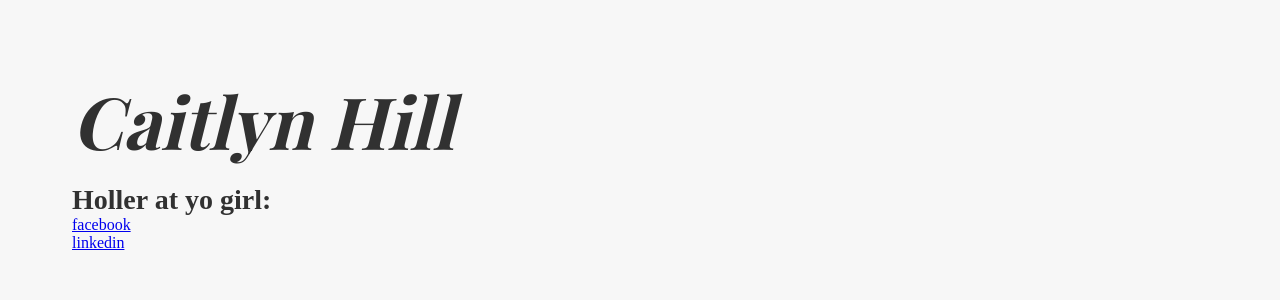
Repository: hillgang/hillgang.github.io
Page: index.html
The author's editor kept a copy of each file at every save. The page is drawn from the files as they stood at one save, then again after the next save.
The browser window is 1280 px wide. The pictures show the whole page.
Some web fonts or font styles are not loaded; a fallback is used.

Above is the page before, as saved 2019-07-31 23:26:11.

### index.html
<!DOCTYPE html>
<html lang="en">
<head>
    <meta charset="UTF-8">
    <meta name="viewport" content="width=device-width, initial-scale=1.0">
    <meta http-equiv="X-UA-Compatible" content="ie=edge">
    <title>Caitlyn Hill Website</title>
    <link href="https://fonts.googleapis.com/css?family=Alice|Playfair+Display:400,400i,700,700i&display=swap" rel="stylesheet">
    <style>
        * {
            margin: 0;
            padding: 0;
        }
        article {
            padding: 72px;
            background: #f7f7f7;
            height: 100%;
        }
        h1 {
            font-family: 'Playfair Display', serif;
            font-weight: 700;
            opacity: .8;
            font-size: 72px;
            font-style: italic;
        }
        h2  {
            font-family: 'Alice', serif;
            font-size: 28px;
            margin: 16px 0 0 0;
            opacity: .8;
        }
        p, a, li {
            font-family: 'Alice', serif;
            list-style: none;
        }
    </style>
</head>
<body>
    <article>
    <h1>Caitlyn Hill</h1>
    <h2>Holler at yo girl:</h2>

    <ul>
        <li><a href="https://www.facebook.com/caitlyn.hill.39">facebook</a></li>
        <li><a href="https://www.linkedin.com/in/caitlyn-hill-b12409190/">linkedin</a></li>
    </ul>
    </article>
</body>
</html>

After the next save:
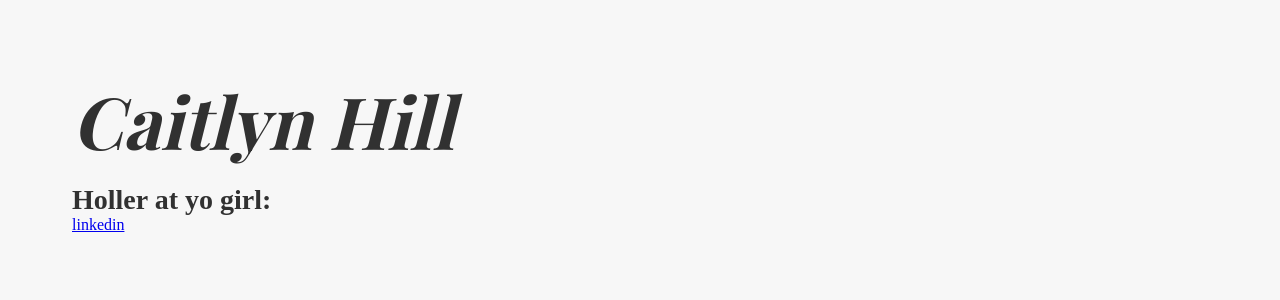
Saved 83 s later.
--- a/index.html
+++ b/index.html
@@ -41,7 +41,6 @@
     <h2>Holler at yo girl:</h2>
 
     <ul>
-        <li><a href="https://www.facebook.com/caitlyn.hill.39">facebook</a></li>
         <li><a href="https://www.linkedin.com/in/caitlyn-hill-b12409190/">linkedin</a></li>
     </ul>
     </article>
